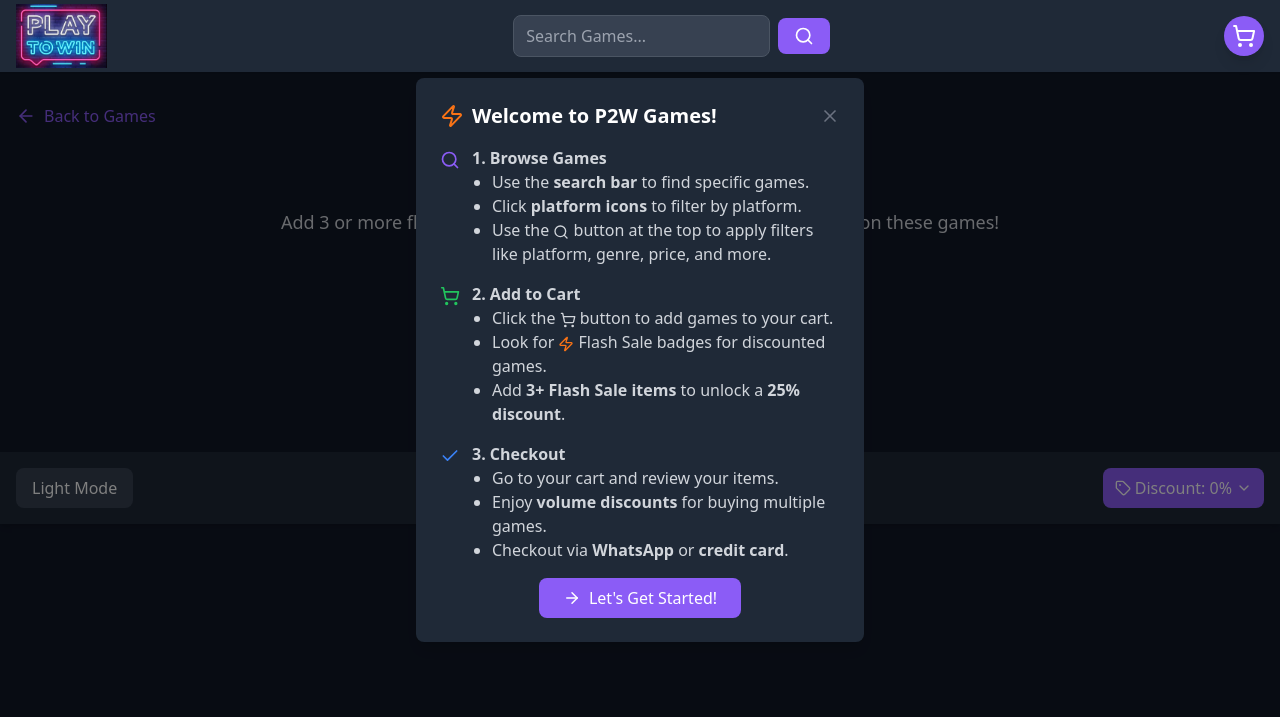
Repository: Play2Win777/P2W-Superbase
Page: /flash-sale
An editor plug-in stored every save of this project. The page is shown before and after the next save, followed by the edit.
The browser window is 1280 px wide. The pictures show the whole page.
The page's requests for data from a server got no answer. The project was rebuilt for these pictures with package versions that can differ from the ones it lists, and the page was loaded fresh each time. No one was signed in, and anything a server would have sent is missing. Also part of the build but not shown: vite.config.ts, src/components/Filters.tsx, src/components/GameCard.tsx, src/components/FlashSaleBadge.tsx, src/pages/GameDetails.tsx, src/pages/Checkout.tsx.

Above is the page before, as saved 2025-03-17 17:13:08.

### index.html
<!doctype html>
<html lang="en">
  <head>
    <meta charset="UTF-8" />
    <link rel="icon" type="image/svg+xml" href="/vite.svg" />
    <meta name="viewport" content="width=device-width, initial-scale=1.0" />
    <title>P2W Games</title>
  </head>
  <body>
    <div id="root"></div>
    <script type="module" src="/src/main.tsx"></script>
  </body>
</html>

### src/main.tsx
import { StrictMode } from 'react';
import { createRoot } from 'react-dom/client';
import App from './App.tsx';
import './index.css';

// Add Storylane script dynamically
//const script = document.createElement('script');
//script.src = 'https://js.storylane.io/js/v2/storylane.js';
//script.async = true;
//document.head.appendChild(script);

createRoot(document.getElementById('root')!).render(
  <StrictMode>
    <App />
  </StrictMode>
);

### src/App.tsx
// App.tsx
import React, { useEffect, useState } from 'react';
import { BrowserRouter as Router, Routes, Route, useNavigate, useLocation } from 'react-router-dom';
import { Search, Zap, X, ShoppingCart, Filter, ArrowRight, Check } from 'lucide-react'; // Added missing icons
import { fetchGames } from './api';
import { useStore } from './store';
import { Filters } from './components/Filters';
import { GameCard } from './components/GameCard';
import { Cart } from './components/Cart';
import { GameDetails } from './pages/GameDetails';
import { Checkout } from './pages/Checkout';
import { FlashSalePage } from './pages/FlashSalePage';
import { DiscountPopup } from './components/DiscountPopup';
import { ThemeContext } from './context/ThemeContext';

// IntroModal Component
const IntroModal = () => {
  const [isOpen, setIsOpen] = useState(!localStorage.getItem('hasSeenIntro'));

  const closeModal = () => {
    setIsOpen(false);
    localStorage.setItem('hasSeenIntro', 'true');
  };

  if (!isOpen) return null;

  return (
    <div className="fixed inset-0 bg-black/50 flex items-center justify-center p-4 z-50">
      <div className="bg-white dark:bg-gray-800 p-6 rounded-lg max-w-md shadow-lg">
        {/* Modal Header */}
        <div className="flex justify-between items-center mb-4">
          <h2 className="text-xl font-bold dark:text-white flex items-center gap-2">
            <Zap size={24} className="text-orange-500" />
            Welcome to P2W Games!
          </h2>
          <button
            onClick={closeModal}
            className="text-gray-500 hover:text-gray-700 dark:hover:text-gray-300"
          >
            <X size={20} />
          </button>
        </div>

        {/* Modal Body */}
        <div className="text-gray-700 dark:text-gray-300 space-y-4">
          {/* Step 1: Browse Games */}
          <div className="flex items-start gap-3">
            <Search size={20} className="flex-shrink-0 mt-1 text-purple-500" />
            <div>
              <p className="font-semibold">1. Browse Games</p>
              <ul className="list-disc pl-5">
                <li>Use the <strong>search bar</strong> to find specific games.</li>
                <li>Click <strong>platform icons</strong> to filter by platform.</li>
                <li>Use the <Search size={16} className="inline" /> button at the top to apply filters like platform, genre, price, and more.</li>
              </ul>
            </div>
          </div>

          {/* Step 2: Add to Cart */}
          <div className="flex items-start gap-3">
            <ShoppingCart size={20} className="flex-shrink-0 mt-1 text-green-500" />
            <div>
              <p className="font-semibold">2. Add to Cart</p>
              <ul className="list-disc pl-5">
                <li>Click the <ShoppingCart size={16} className="inline" /> button to add games to your cart.</li>
                <li>Look for <Zap size={16} className="inline text-orange-500" /> Flash Sale badges for discounted games.</li>
                <li>Add <strong>3+ Flash Sale items</strong> to unlock a <strong>25% discount</strong>.</li>
              </ul>
            </div>
          </div>

          {/* Step 3: Checkout */}
          <div className="flex items-start gap-3">
            <Check size={20} className="flex-shrink-0 mt-1 text-blue-500" />
            <div>
              <p className="font-semibold">3. Checkout</p>
              <ul className="list-disc pl-5">
                <li>Go to your cart and review your items.</li>
                <li>Enjoy <strong>volume discounts</strong> for buying multiple games.</li>
                <li>Checkout via <strong>WhatsApp</strong> or <strong>credit card</strong>.</li>
              </ul>
            </div>
          </div>

          {/* Call to Action */}
          <div className="mt-4 flex justify-center">
            <button
              onClick={closeModal}
              className="bg-purple-500 text-white px-6 py-2 rounded-lg hover:bg-purple-600 transition-colors flex items-center gap-2"
            >
              <ArrowRight size={18} />
              Let's Get Started!
            </button>
          </div>
        </div>
      </div>
    </div>
  );
};

// SEARCH BAR COMPONENT
const SearchBar = () => {
  const {
    games,
    searchGames,
    setFilteredGames,
    setCurrentPage
  } = useStore();
  const [searchTerm, setSearchTerm] = useState('');
  const navigate = useNavigate();
  const location = useLocation();

  const handleSearch = (e) => {
    const term = e.target.value;
    setSearchTerm(term);

    if (searchGames) {
      searchGames(term);
    } else {
      if (!term.trim()) {
        setFilteredGames(games);
      } else {
        const results = games.filter(game =>
          game.Game_Title.toLowerCase().includes(term.toLowerCase())
        );
        setFilteredGames(results);
      }
    }

    // Reset to first page when searching
    setCurrentPage(1);

    // If user is not on the home page and they've typed at least 2 characters, navigate to home
    if (location.pathname !== '/' && term.length >= 2) {
      navigate('/');
    }
  };

  return (
    <input
      type="text"
      placeholder="Search Games..."
      value={searchTerm}
      onChange={handleSearch}
      className="w-full px-3 py-2 border rounded-lg text-gray-900 dark:bg-gray-700 dark:text-white dark:border-gray-600"
    />
  );
};

// FOOTER COMPONENT
const Footer = ({ toggleDarkMode, darkMode }) => {
  return (
    <footer className="bg-white dark:bg-gray-800 shadow-md mt-8 py-4 overflow-visible">
      <div className="container mx-auto px-4 flex items-center justify-between">
        {/* Dark Mode Toggle on the left */}
        <button
          onClick={toggleDarkMode}
          className="bg-gray-200 dark:bg-gray-700 text-gray-900 dark:text-white px-4 py-2 rounded-lg whitespace-nowrap"
        >
          {darkMode ? (
            <span>Light Mode</span>
          ) : (
            <span>Dark Mode</span>
          )}
        </button>

        {/* Add DiscountPopup button to the footer */}
        <div className="ml-4">
          <DiscountPopup />
        </div>
      </div>
    </footer>
  );
};

function App() {
  const {
    games,
    filteredGames,
    currentPage,
    setGames,
    setFilteredGames,
    setCurrentPage,
    showFilters,
    setShowFilters,
    filters,
  } = useStore();

  const [darkMode, setDarkMode] = useState(true);
  const [isScrolling, setIsScrolling] = useState(false); // Track if the user is scrolling

  useEffect(() => {
    const loadGames = async () => {
      const fetchedGames = await fetchGames();
      const randomizedGames = [...fetchedGames].sort(() => Math.random() - 0.5);
      setGames(randomizedGames);
      setFilteredGames(randomizedGames);
    };

    loadGames();
  }, [setGames, setFilteredGames]);

  useEffect(() => {
    if (darkMode) {
      document.documentElement.classList.add('dark');
    } else {
      document.documentElement.classList.remove('dark');
    }
  }, [darkMode]);

  // Add scroll event listener to close filters when scrolling down
  useEffect(() => {
    const handleScroll = () => {
      if (showFilters && window.scrollY > 100 && isScrolling) { // Only close filters if user is actively scrolling
        setShowFilters(false);
      }
    };

    window.addEventListener('scroll', handleScroll);

    // Cleanup the event listener on component unmount
    return () => {
      window.removeEventListener('scroll', handleScroll);
    };
  }, [showFilters, isScrolling]);

  // Open filters when platform filter is set
  useEffect(() => {
    if (filters.platform) {
      setShowFilters(true); // Open filters when platform is set
    }
  }, [filters.platform]); // Watch for changes to filters.platform

  const toggleDarkMode = () => {
    setDarkMode((prev) => !prev);
  };

  const toggleFilters = () => {
    setShowFilters(!showFilters);

    // Scroll to the top of the page when filters are opened
    if (!showFilters) {
      setIsScrolling(false); // Disable auto-close temporarily
      window.scrollTo({ top: 0, behavior: 'smooth' });

      // Re-enable auto-close after a short delay
      setTimeout(() => {
        setIsScrolling(true);
      }, 1000); // Adjust the delay as needed
    }
  };

  const gamesPerPage = 12;
  const paginatedGames = filteredGames.slice(0, currentPage * gamesPerPage);
  const hasMore = paginatedGames.length < filteredGames.length;

  const themeValue = {
    darkMode,
    toggleDarkMode: () => setDarkMode(prev => !prev)
  };

  return (
    <ThemeContext.Provider value={themeValue}>
      <Router>
        <div className={`min-h-screen ${darkMode ? 'bg-gray-900' : 'bg-gray-50'}`}>
          {/* Add IntroModal here */}
          <IntroModal />
          <header className="bg-white dark:bg-gray-800 shadow-sm sticky top-0 z-50">
            <div className="container mx-auto px-4 py-1">
              <div className="flex justify-between items-center">
                <div className="flex items-center gap-2">
                  <h1
                    onClick={() => window.location.href = '/'}
                    className="text-2xl font-bold text-gray-900 dark:text-white whitespace-nowrap cursor-pointer flex items-center"
                  >
                    <img src="/assets/icons/p2wlogo.png" alt="Play 2 Win" className="h-16 mr-3" />
                  </h1>
                </div>

                {/* Split the search input and button */}
                <div className="flex items-center w-1/2 md:w-auto">
                  <div className="mr-2 flex-grow">
                    <SearchBar />
                  </div>
                  {/* Original filter toggle button */}
                  <button
                    onClick={toggleFilters}
                    className="bg-purple-500 hover:bg-purple-600 text-white font-bold py-2 px-4 rounded-lg flex items-center"
                  >
                    <Search className="h-5 w-5" />
                  </button>
                </div>

                <Cart className="hidden md:block" />
              </div>
            </div>
          </header>

          <Routes>
            <Route
              path="/"
              element={
                <main className="container mx-auto px-4 py-4">
                  {showFilters && (
                    <div className="mb-6">
                      <Filters />
                    </div>
                  )}

                  <div className="grid grid-cols-1 sm:grid-cols-2 lg:grid-cols-2 xl:grid-cols-3 gap-6 mt-0">
                    {paginatedGames.map((game) => (
                      <GameCard key={game.id} game={game} />
                    ))}
                  </div>
                  {hasMore && (
                    <div className="mt-8 text-center">
                      <button
                        onClick={() => setCurrentPage(currentPage + 1)}
                        className="bg-purple-500 text-white px-6 py-2 rounded-lg hover:bg-purple-600 transition-colors"
                      >
                        Load More Games
                      </button>
                    </div>
                  )}
                </main>
              }
            />
            <Route path="/game/:id" element={<GameDetails />} />
            <Route path="/checkout" element={<Checkout />} />
            <Route path="/flash-sale" element={<FlashSalePage />} />
          </Routes>

          {/* Footer with Dark Mode Toggle and DiscountPopup */}
          <Footer toggleDarkMode={themeValue.toggleDarkMode} darkMode={darkMode} />
        </div>
      </Router>
    </ThemeContext.Provider>
  );
}

export default App;

### src/index.css
@tailwind base;
@tailwind components;
@tailwind utilities;


@layer components {
 /* Base neon border effect with a rotating conic-gradient */
 .neon-border {
 position: relative;
 border-radius: 0.5rem; /* adjust to match your element's rounding */
 overflow: hidden; /* hide overflowing pseudo-element */
 z-index: 0;
 }

 .neon-border::before {
 content: "";
 position: absolute;
 inset: 0; /* cover the entire element */
 border-radius: inherit;
 padding: 2px; /* controls the border thickness */
 /* Conic-gradient creates a neon green effect with transparent gaps */
 background: conic-gradient(from 0deg, #39FF14, transparent 20%, transparent 80%, #39FF14);
 /* Mask to show the gradient only on the border (uses the padding area) */
 -webkit-mask: linear-gradient(white, white) content-box, linear-gradient(white, white);
 -webkit-mask-composite: destination-out;
 mask-composite: exclude;
 pointer-events: none;
 z-index: -1;
 transform-origin: center;
 animation: spin 6s linear infinite;
 }

 /* Additional neon effects – add these classes together with .neon-border as needed */

 /* Neon Pulse: gently scales and fades the element */
 .neon-pulse {
 position: relative;
 animation: pulse 2s ease-in-out infinite;
 }

 /* Neon Flicker: simulates a quick flicker */
 .neon-flicker {
 position: relative;
 animation: flicker 1.5s linear infinite;
 }

 /* Neon Wiggle: adds a slight rotational movement */
 .neon-wiggle {
 position: relative;
 animation: wiggle 0.6s ease-in-out infinite;
 }

 /* Neon Dash: animates background movement (can be combined with a background property) */
 .neon-dash {
 position: relative;
 /* For this effect, you might want to set a background that works with the animation */
 background: repeating-linear-gradient(
 45deg,
 #39FF14,
 #39FF14 10px,
 transparent 10px,
 transparent 20px
 );
 animation: dash 4s linear infinite;
 }


 /* Icon Container Style */
 .gamecard-icon-container {
 width: 5em; /* Adjust as needed */
 height: 2em; /* Adjust as needed */
 display: flex;
 align-items: center;
 justify-content: center;
 }
}


/* Keyframes Definitions */


/* Spin keyframe for the neon-border effect */
@keyframes spin {
 from {
 transform: rotate(0deg);
 }
 to {
 transform: rotate(360deg);
 }
}


/* Pulse keyframe: subtle scale and opacity changes */
@keyframes pulse {
 0%,
 20% {
 transform: scale(1);
 opacity: 1;
 }
 50% {
 transform: scale(1.1);
 opacity: 0.8;
 }
 100% {
 transform: scale(1);
 opacity: 1;
 }
}


/* Flicker keyframe: creates random opacity changes for a flickering effect */
@keyframes flicker {
 0%,
 100% {
 opacity: 1;
 }
 30% {
 opacity: 0.5;
 }
 50% {
 opacity: 0.8;
 }
 70% {
 opacity: 0.3;
 }
}


/* Wiggle keyframe: rotates the element slightly back and forth */
@keyframes wiggle {
 0% {
 transform: rotate(0deg);
 }
 25% {
 transform: rotate(5deg);
 }
 75% {
 transform: rotate(-5deg);
 }
 100% {
 transform: rotate(0deg);
 }
}


/* Dash keyframe: moves the background for a dynamic dashed look */
@keyframes dash {
 0% {
 background-position: 0 0;
 }
 100% {
 background-position: 100% 0;
 }
}

### src/api.ts
import { createClient } from '@supabase/supabase-js';
import { Game } from './types';

const supabase = createClient(
  import.meta.env.VITE_SUPABASE_URL,
  import.meta.env.VITE_SUPABASE_KEY
);

export const fetchGames = async (): Promise<Game[]> => {
  const { data, error } = await supabase
    .from('Games')
    .select(`
      id,
      Game_Title,
      Platform,
      Genre,
      Sub_Genre,
      Age_Rating,
      Max_Offline_Players,
      Game_Modes,
      Developer,
      Release_Year,
      Price_to_Sell_For,
      Metacritic_Score,
      User_Score,
      Short_Description,
      Key_Features,
      Unique_Selling_Point,
      image_url_medium,
      Youtube_link
    `);

  if (error) {
    console.error('Supabase error:', error);
    return [];
  }

  return data as Game[];
};

### src/components/DiscountPopup.tsx
import React, { useState, useRef, useEffect } from 'react';
import { Tag, ChevronDown } from 'lucide-react';
import { useStore } from '../store';

export const DiscountPopup: React.FC = () => {
  const { cart } = useStore();
  const [isOpen, setIsOpen] = useState(false);
  const popupRef = useRef<HTMLDivElement>(null);

  // Count total items including quantities
  const itemCount = cart.reduce((total, item) => total + item.quantity, 0);
  let discountTier = "0%";
  let nextTier = "";
  let progress = 0;

  if (itemCount >= 5) {
    discountTier = "20%";
    progress = 100;
    nextTier = "Maximum discount achieved!";
  } else if (itemCount >= 3) {
    discountTier = "10%";
    nextTier = "Buy 2 more for 20% off!";
    progress = 60;
  } else if (itemCount >= 2) {
    discountTier = "5%";
    nextTier = "Buy 1 more for 10% off!";
    progress = 40;
  } else if (itemCount >= 1) {
    discountTier = "0%";
    nextTier = "Buy 1 more for 5% off!";
    progress = 20;
  } else {
    nextTier = "Buy your first game!";
  }

  // Close the popup when clicking outside
  useEffect(() => {
    const handleClickOutside = (event: MouseEvent) => {
      if (popupRef.current && !popupRef.current.contains(event.target as Node)) {
        setIsOpen(false);
      }
    };

    document.addEventListener('mousedown', handleClickOutside);
    return () => {
      document.removeEventListener('mousedown', handleClickOutside);
    };
  }, []);

  return (
    <div className="relative" ref={popupRef}>
      <button
        onClick={() => setIsOpen(!isOpen)}
        className="inline-flex items-center text-white bg-purple-500 hover:bg-purple-600 px-3 py-2 rounded-lg transition-colors"
      >
        <Tag size={16} className="mr-1" />
        <span className="mr-1">Discount: {discountTier}</span>
        <ChevronDown size={16} className={`transition-transform ${isOpen ? 'rotate-180' : ''}`} />
      </button>

      {isOpen && (
        <div className="absolute bottom-full right-0 mb-2 z-50 bg-white dark:bg-gray-800 rounded-lg shadow-lg p-4 w-64">
          <h3 className="text-lg font-bold text-gray-900 dark:text-white mb-2">Volume Discount</h3>
          <div className="w-full bg-gray-200 dark:bg-gray-700 rounded-full h-2.5 mb-2">
            <div className="bg-purple-500 h-2.5 rounded-full" style={{ width: `${progress}%` }}></div>
          </div>
          <p className="text-sm text-gray-700 dark:text-gray-300">{nextTier}</p>
          <div className="mt-3 text-xs text-gray-600 dark:text-gray-400">
            <p>• 2 games: 5% off</p>
            <p>• 3 games: 10% off</p>
            <p>• 5+ games: 20% off</p>
          </div>
        </div>
      )}
    </div>
  );
};

### src/context/ThemeContext.tsx

 // src/context/ThemeContext.tsx
 import { createContext, useContext } from 'react';


 type ThemeContextType = {
  darkMode: boolean;
  toggleDarkMode: () => void;
 };


 export const ThemeContext = createContext<ThemeContextType>({
  darkMode: false,
  toggleDarkMode: () => {},
 });


 export const useTheme = () => useContext(ThemeContext);

### src/utils/gameHelpers.ts
// utils/gameHelpers.ts
export const isFlashSaleEligible = (game: any): boolean => {
  if (!game) return false;

  // Games with Metacritic score > 85 are eligible for flash sale
  // You can customize this logic based on your requirements
  return game.Metacritic_Score && parseInt(game.Metacritic_Score) < 70;
};

Loaded but not shown: tailwind.config.js (25 lines, source omitted); src/components/Cart.tsx (247 lines, source omitted); src/store.ts (197 lines, source omitted); src/pages/FlashSalePage.tsx (138 lines, source omitted)

After the next save:
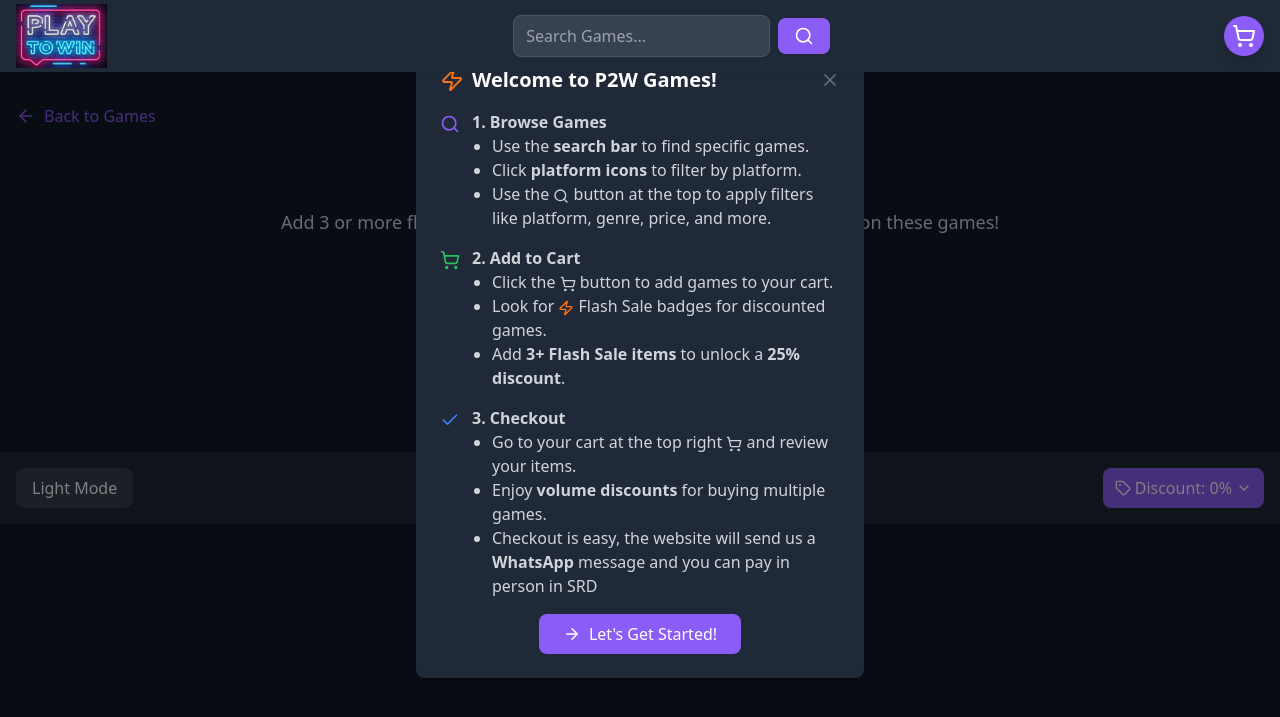
Saved 4 min 54 s later.
--- a/src/App.tsx
+++ b/src/App.tsx
@@ -75,9 +75,9 @@ const IntroModal = () => {
             <div>
               <p className="font-semibold">3. Checkout</p>
               <ul className="list-disc pl-5">
-                <li>Go to your cart and review your items.</li>
+                <li>Go to your cart at the top right <ShoppingCart size={16} className="inline" /> and review your items.</li>
                 <li>Enjoy <strong>volume discounts</strong> for buying multiple games.</li>
-                <li>Checkout via <strong>WhatsApp</strong> or <strong>credit card</strong>.</li>
+                <li>Checkout is easy, the website will send us a <strong>WhatsApp</strong> message and you can pay in person in SRD</li>
               </ul>
             </div>
           </div>
